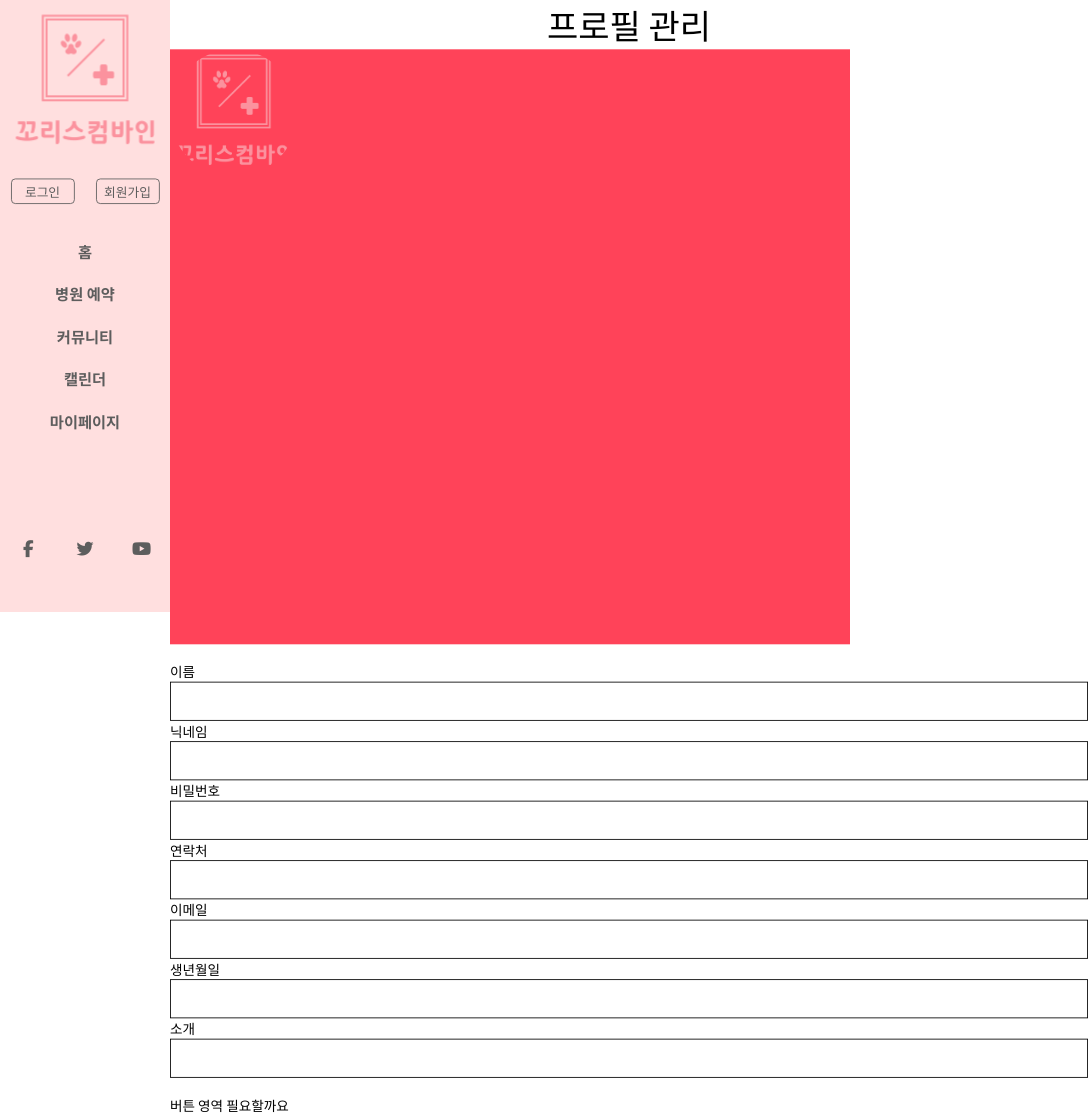
Repository: dodnam/kkoris
Page: http://localhost/1_kkoris/reservation2.jsp
An editor plug-in stored every save of this project. The page is shown before and after the next save, followed by the edit.
The browser window is 1280 px wide. The pictures show the whole page, at 85% of full size.
Some web libraries are served in a nearby version. The page is served by Tomcat 9.

Above is the page before, as saved 2020-02-17 14:40:54.

### 1_kkoris/WebContent/reservation2.jsp
<%@ page language="java" contentType="text/html; charset=UTF-8"
    pageEncoding="UTF-8"%>
<!DOCTYPE html>
<html>
<head>
<meta charset="UTF-8">
<title>Insert title here</title>
<link rel="stylesheet" type="text/css" href="<%= request.getContextPath() %>/css/index.css"/>
<link rel="stylesheet" type="text/css" href="<%= request.getContextPath() %>/css/layout.css"/>
<style>
	.box_con{width:800px; height:700px; background-color:#ff4359;}
	.box{width: 150px; height:150px; border-radius:70%; overflow:hidden;}
	.profile{width: 100%; height:100%; object-fit:cover;}
	.userTitle{font-size:40px; text-align:center; top:30px;}
</style>
</head>
<body>
	<%@ include file="views/layout.jsp" %>
	<div class="container">
    	<div class="userTitle">
			프로필 관리
    	</div>

    	<div class="userProfile">
    		<div class="box_con">
	    		<div class="box">
	    			<img class="profile" src="<%= request.getContextPath() %>/images/logo.png">
	    		</div>
	    	</div>
			<div class="input-box">
				<p class="input-label">이름</p><input type="text">
    			<p class="input-label">닉네임</p><input type="text">
    			<p class="input-label">비밀번호</p><input type="password">
    			<p class="input-label">연락처</p><input type="text">
    			<p class="input-label">이메일</p><input type="email">
    			<p class="input-label">생년월일</p><input type="text">
    			<p class="input-label">소개</p><input type="text">
    		</div>
    	</div>

    	<div> 버튼 영역 필요할까요

    	</div>
	</div>
</body>
</html>

### 1_kkoris/WebContent/views/layout.jsp
<%@ page language="java" contentType="text/html; charset=UTF-8"
    pageEncoding="UTF-8"%>
<!DOCTYPE html>
<html>
<head>
<meta charset="UTF-8">
<title>Insert title here</title>
<link href="https://fonts.googleapis.com/css?family=Noto+Sans+KR&display=swap" rel="stylesheet">
<script src="https://kit.fontawesome.com/18fd811fa1.js" crossorigin="anonymous"></script> <!-- sns아이콘 -->
<link rel="stylesheet" type="text/css" href="<%= request.getContextPath() %>/css/layout.css"/> <!-- 작성할 css를 연결 -->
</head>
<body>
	<header><!-- 헤더 -->
		<h1 class="logo"></h1>
		<nav>
      		<div class="login">
	        	<div><a href="#">로그인</a></div>
	        	<div><a href="#">회원가입</a></div>
	      	</div>
	      	<ul id="navigator">
	        	<li id="nav-home">
	         		<a href="#"><span>홈</span></a>
	         	</li>
	         	<li id="nav-hospital">
	         		<span>병원 예약</span>
         			<ul class="nav2-hospital" id="nav2-hospital">
         				<li><a href="#">병원 검색</a></li>
	         			<li><a href="#">예약 확인</a></li>
	         			<li><a href="#">병원 후기</a></li>
         			</ul>
	         	</li>
	         	<li id="nav-community">
	         		<span>커뮤니티</span>
         			<ul class="nav2-community" id="nav2-community">
	         			<li><a href="#">공지사항</a></li>
	         			<li><a href="#">후기 모아보기</a></li>
	         			<li><a href="#">지식 공유</a></li>
         			</ul>
	         	</li>
	         	<li id="nav-calendar">
	         		<a href="#"><span>캘린더</span></a>
	         	</li>
	         	<li id="nav-mypage">
	         		<span>마이페이지</span>
	         		<ul class="nav2-mypage" id="nav2-mypage">
		         		<li><a href="#">내 정보</a></li>
		         		<li><a href="#">예약 조회</a></li>
		         		<li><a href="#">포인트샵</a></li>
		         		<li><a href="#">내가 쓴 글 조회</a></li>
	         		</ul>
	         	</li>
	      	</ul>
		<dl>
	    	<dt class="blind">sns</dt>
	        <dd><a href="#"><i class="fab fa-facebook-f"></i></a></dd>
	        <dd><a href="#"><i class="fab fa-twitter"></i></a></dd>
	        <dd><a href="#"><i class="fab fa-youtube"></i></a></dd>
		</dl>
		</nav>
	</header>
	<footer></footer>
</body>
</html>

### 1_kkoris/WebContent/css/index.css
@charset "UTF-8";
/* 컨테이너 */
div.container{position: absolute; top:0; left:0; padding-left:200px; height:100%; width:100%; box-sizing:border-box;}
/* 섹션이 현재 1개이기 때문에 100% 2개면 200%, 3개면 300% */
/* 참고	section:nth-of-type(1) {section 중 첫번째 section에 접근} */
section.main {position:relative; height:100%; width:100%; background: url(../images/main-bg.jpg) no-repeat center center; background-size: contain;}
section.main > article.quickMenu > ul {position: absolute; top:calc(50% - 50px); left:calc(50% - 25%); width: 50%; height: 100px; display: flex;}
section.main > article.quickMenu {position: relative; width: 100%; height: 100%; background: rgba(0, 0, 0, 0.2);}
section.main > article.quickMenu > ul > li {width: 25%; height:100px;}
section.main > article.quickMenu > ul > li > a {color: #5d5d5d; display:block; font-size: 5em; text-align:center;}
section.main > article.quickMenu > ul > li > a > span {display: block; font-size: 15px;}
section.main > article.quickMenu > ul > li > a:hover {color: #fb929e;}

### 1_kkoris/WebContent/css/layout.css
@charset "UTF-8";
* {margin: 0; padding: 0; font-family: 'Noto Sans KR', sans-serif;}
*, *:before, *:after {box-sizing: border-box;}
html, body {width: 100%; height: 100%;}
table{border-collapse: collapse;}
img,fieldset{border: none;}
ol,ul{list-style: none;}
h1,h2,h3,h4,h5,h6{font-weight: normal; font-size: 100%;}
q:after,q:before{content: "";}
abbr,acronym{border:none;} /* 축약어 */
img,input,select{vertical-align: middle;}
hr{display: none;}
a {text-decoration: none; color: #000;}
header {position: fixed; width: 200px; height: 100%; background: #ffdfdf; z-index: 30;}
input{outline: none; background: none;}
.blind{position: absolute;left: 0;top: 0;width: 0;height: 0;font-size: 0;line-height: 0;text-indent: -9999px;overflow: hidden;visibility: hidden;}
.displaynone{display: none;}

/* input타입 1 (커서유입에 따른 스타일 변화)
	<div class="input-container"><label class="input-label">아이디</label><input type=""></div>
*/
div.input-container {position: relative; display: block; margin: 20px 0;}
div.input-container > input {width: 100%; height: 40px; line-height: 40px; font-size: 16px; border: none; border-bottom: 1px solid #5d5d5d;}
div.input-container.focus > input:focus {border-bottom: 1px solid #fb929e;}
label.input-label {position: absolute; font-size: 16px; transform: translateY(10px); color: #5d5d5d; transition: transform 0.2s ease; z-index: -1;}
div.input-container.focus > label.input-label {font-size: 12px; transform: translateY(-5px); text-transform: uppercase;}
div.input-container.focus.on > label.input-label {color: #fb929e;}

/* input타입 2 (박스형)
	<div class="input-box"><p class="input-label">라벨명</p><input type=""></div>
*/
div.input-box {position: relative; display: block; margin: 20px 0;}
div.input-box > input {width: 100%; padding: 10px; font-size: 16px; border: 1px solid #000;}
p.input-label {font-size: 16px; color: #000;}
p.input-info {font-size: 14px; color: #5d5d5d;}

/* input radio
	<input type="radio" name="test"><label class="radioLabel">라벨명1</label>
	<input type="radio" name="test"><label class="radioLabel">라벨명2</label>
*/
input[type=radio] {display: none;}
label.radioLabel {display: inline-block; position: relative; padding: 0 30px; cursor: pointer; line-height: 18px;}
label.radioLabel:before, label.radioLabel:after {position: absolute; border-radius: 50%; content: '';}
label.radioLabel:before {left: 0; top: 0; width: 18px; height: 18px; border: 2px solid #000;}
label.radioLabel:after {top: 5px; left: 5px; width: 8px; height: 8px; background: #fb929e; transform: scale(0);}
input[type="radio"]:checked + label.radioLabel:before {border-color: #fb929e; }
input[type="radio"]:checked + label.radioLabel:after {transform: scale(1);}

/* input submit
	<form>에서 submit되는 버튼을 위한 css (단, 검색 등의 다른 버튼은 blue베이스 스타일로 사용)
*/
div.input-submit {display: block; text-align: center; padding: 15px;}
input[type="submit"] {min-width: 50px; height: 30px; cursor: pointer; background: #ffdfdf; color: #5d5d5d; font-size: 14px; font-weight: 600; border: none; border-radius: 5px;}
input[type="submit"]:hover {background: #fb929e; color: #fff;}

/* select 옵션  */
div > select {font-size: 10pt; width: 100px; padding: .7em .5em; font-family: inherit; background: url(https://farm1.staticflickr.com/379/19928272501_4ef877c265_t.jpg) no-repeat 95% 50%; -webkit-appearance: none; -moz-appearance: none; appearance: none; outline:none; border:1px solid #5d5d5d;}

/* input 검색 (class="search_input") */
div > span > input.search_input{width: 250px;  padding: 12px 24px; font-size: 14px; line-height: 18px; color: #575756; background-size: 18px 18px; border-radius: 50px; border: 1px solid #5d5d5d; backface-visibility: hidden; right:20px; outline:none;}


/* 영역
	<div class="container">		// 아래css 외에 특정 스타일을 주어야할 때, 클래스를 추가로 부여하여 사용했음 (ex. class="container login")
		<div class="contents">
			구현 영역
		</div>
	</div>
*/
div.container {position: absolute; top:0; left:0; padding-left:200px; width: 100%; height: 100%; margin: 0 auto; box-sizing: border-box;}
div.contents {position:relative; margin: 0 auto;}
div.contents > h2 {font-weight: 700; font-size: 30px; color: #000; padding: 15px 0; text-align: center;}


/** 헤더 **/
h1.logo {
	text-indent: -9999px; overflow: hidden; width: 180px; height: 180px;
	margin: 10px auto; /* auto는 중앙에 놓음 */
	background: url(../images/logo.png) no-repeat; background-size: contain; /*contain = h1 사이즈에 맞춤*/
}
nav > div.login {display: flex; justify-content:space-around; font-size: 15px;}
				/*블락요소로 가로 정렬 함*/
nav > div.login > div {width: 75px; height: 30px;} /* 위 아래 마진, 좌 우 마진*/
nav > div.login > div > a {display: block; width: 100%; height: 100%; line-height: 30px; text-align: center; border: 1px solid #5d5d5d; border-radius: 5px;}
nav > div.login > div > a:hover {color: #fb929e; border: none; background: #fff6f6; font-weight: 600}

/* 메뉴 */
nav {margin-top: 20px;}
nav * {color: #5d5d5d;}
nav > ul {margin-top: 30px; text-align: center;}
nav > ul > li {width: 100%;}
nav > ul > li:hover {background: #fff6f6;}
nav > ul > li span {display:block; width: 100%; height: 100%; line-height: 50px; font-size: 18px; font-weight: 600; border-radius: 10px; cursor: pointer;}
nav > ul > li span:hover {color: #fb929e;}

nav > ul > li > ul[class^=nav2] {display: none;}
nav > ul > li > ul[class^=nav2] > li > a {display: block; line-height: 40px; font-size: 16px;}
nav > ul > li > ul[class^=nav2] > li > a:hover {color: #fb929e; font-weight: 600;}

nav > ul > li:hover > ul[class^=nav2] {display: block;}

/* sns */
nav > dl {position:absolute; bottom:50px; width:100%; height:50px; display:flex; justify-content:space-around;}
nav > dl > dd {width:50px; text-align:center;}
nav > dl > dd > a {display: block; width: 100%; height:100%; font-size:20px; line-height:50px; transition:all 0.2s ease 0s;}
nav > dl > dd > a:hover {font-size:25px;}

footer {position: fixed; bottom: 10px;}

After the next save:
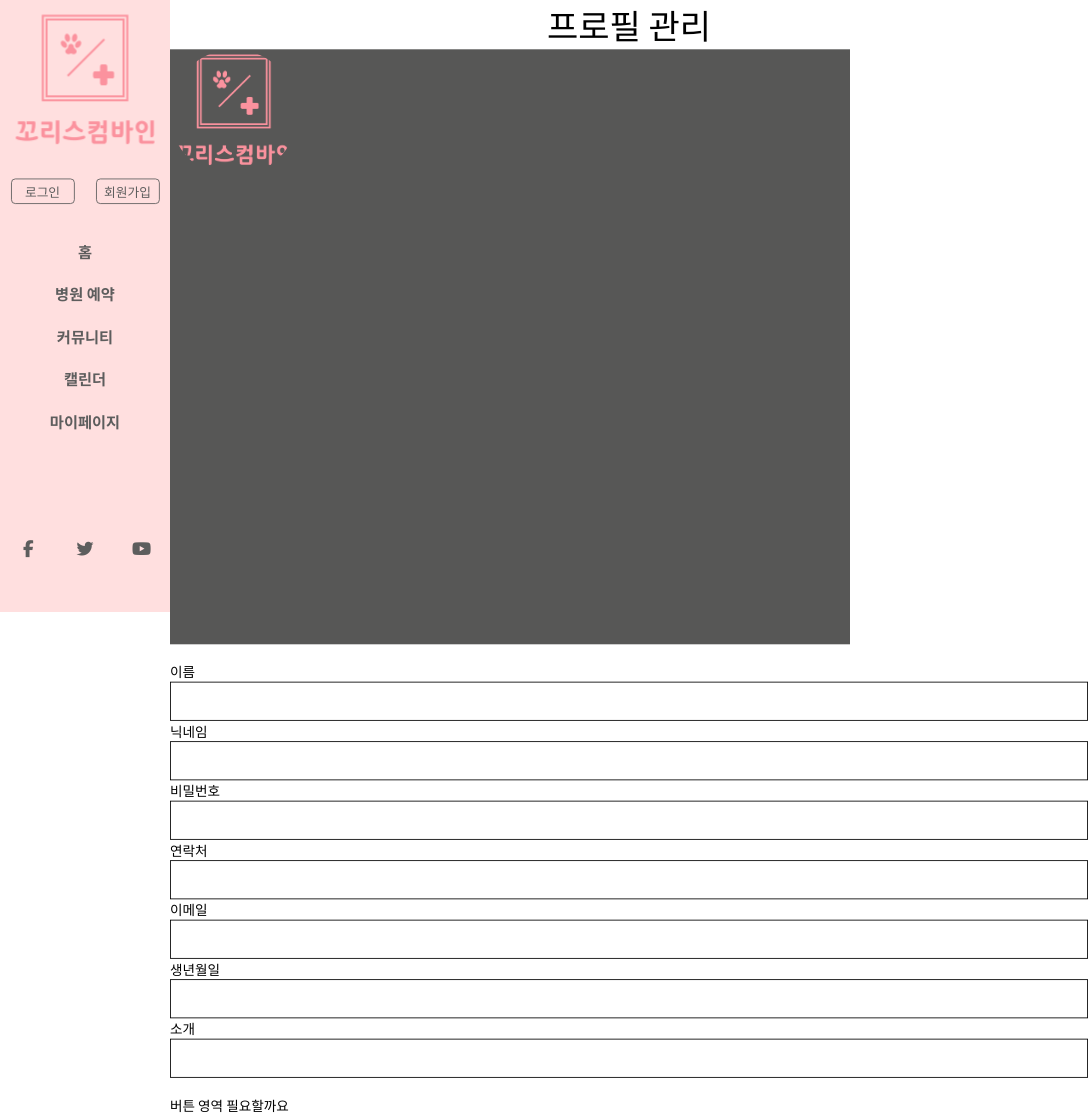
Saved 19 s later.
--- a/1_kkoris/WebContent/reservation2.jsp
+++ b/1_kkoris/WebContent/reservation2.jsp
@@ -8,7 +8,7 @@
 <link rel="stylesheet" type="text/css" href="<%= request.getContextPath() %>/css/index.css"/>
 <link rel="stylesheet" type="text/css" href="<%= request.getContextPath() %>/css/layout.css"/>
 <style>
-	.box_con{width:800px; height:700px; background-color:#ff4359;}
+	.box_con{width:800px; height:700px; background-color:#575756;}
 	.box{width: 150px; height:150px; border-radius:70%; overflow:hidden;}
 	.profile{width: 100%; height:100%; object-fit:cover;}
 	.userTitle{font-size:40px; text-align:center; top:30px;}
